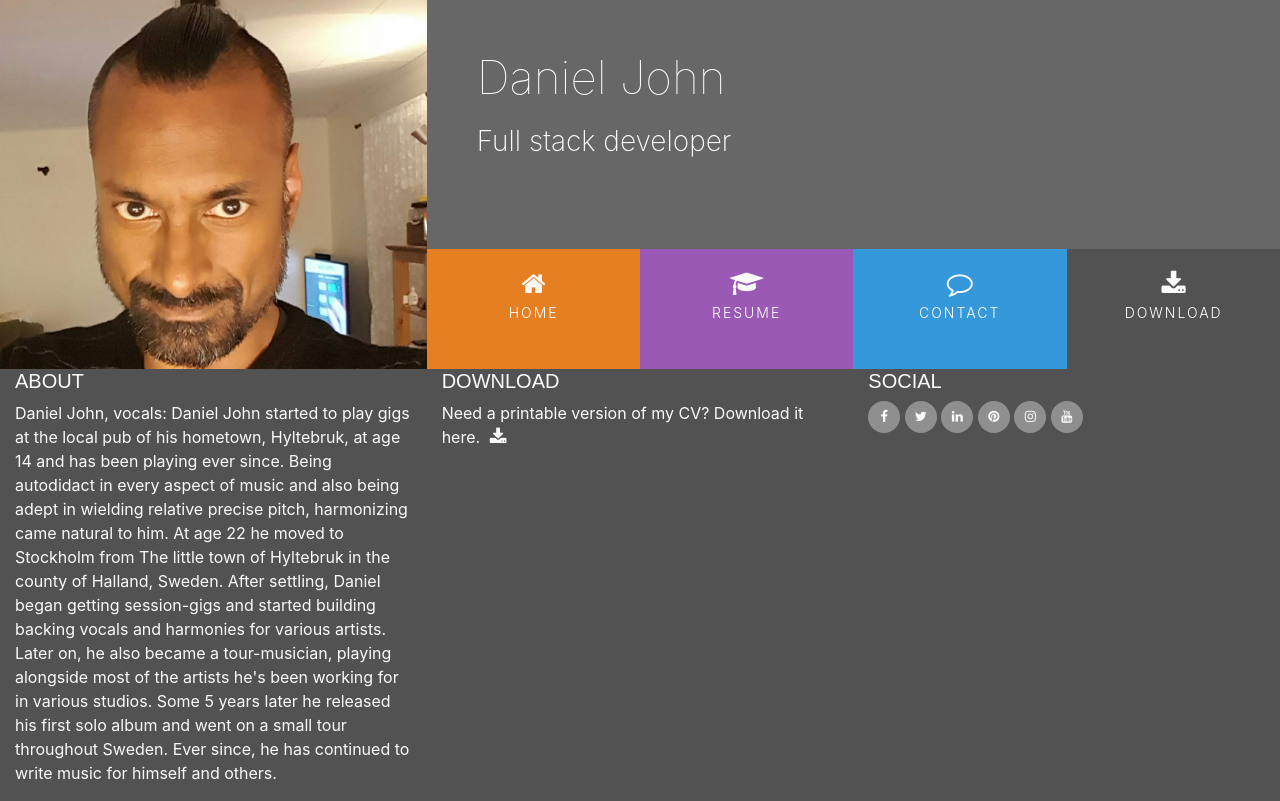
Repository: Jadehammar/initial-commit
Page: index.html
The author's editor kept a record of every edit. The page is drawn from the files as they stood at one moment, then again after the next edit.
The browser window is 1280 px wide. The pictures show the whole page.

Above is the page before.

After the next edit:
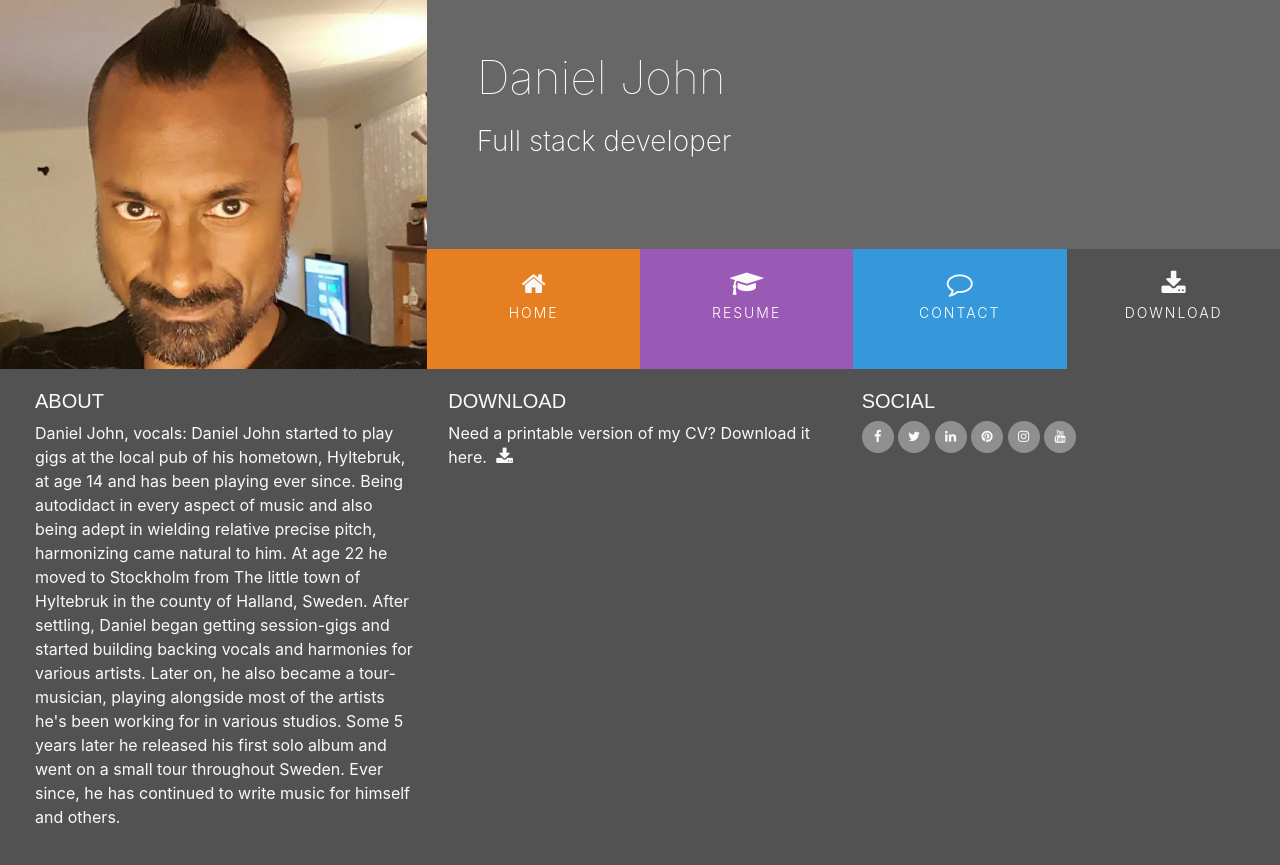
The edit:
--- a/index.html
+++ b/index.html
@@ -48,7 +48,7 @@
 
     </section>
     <footer class="container-fluid">
-        <div class="row">
+        <div id="footer-details" class="row">
             <div class="col-sm-4">
                 <h5 class="uppercase general-sub">About</h5>
                 <p class="inline-block">
